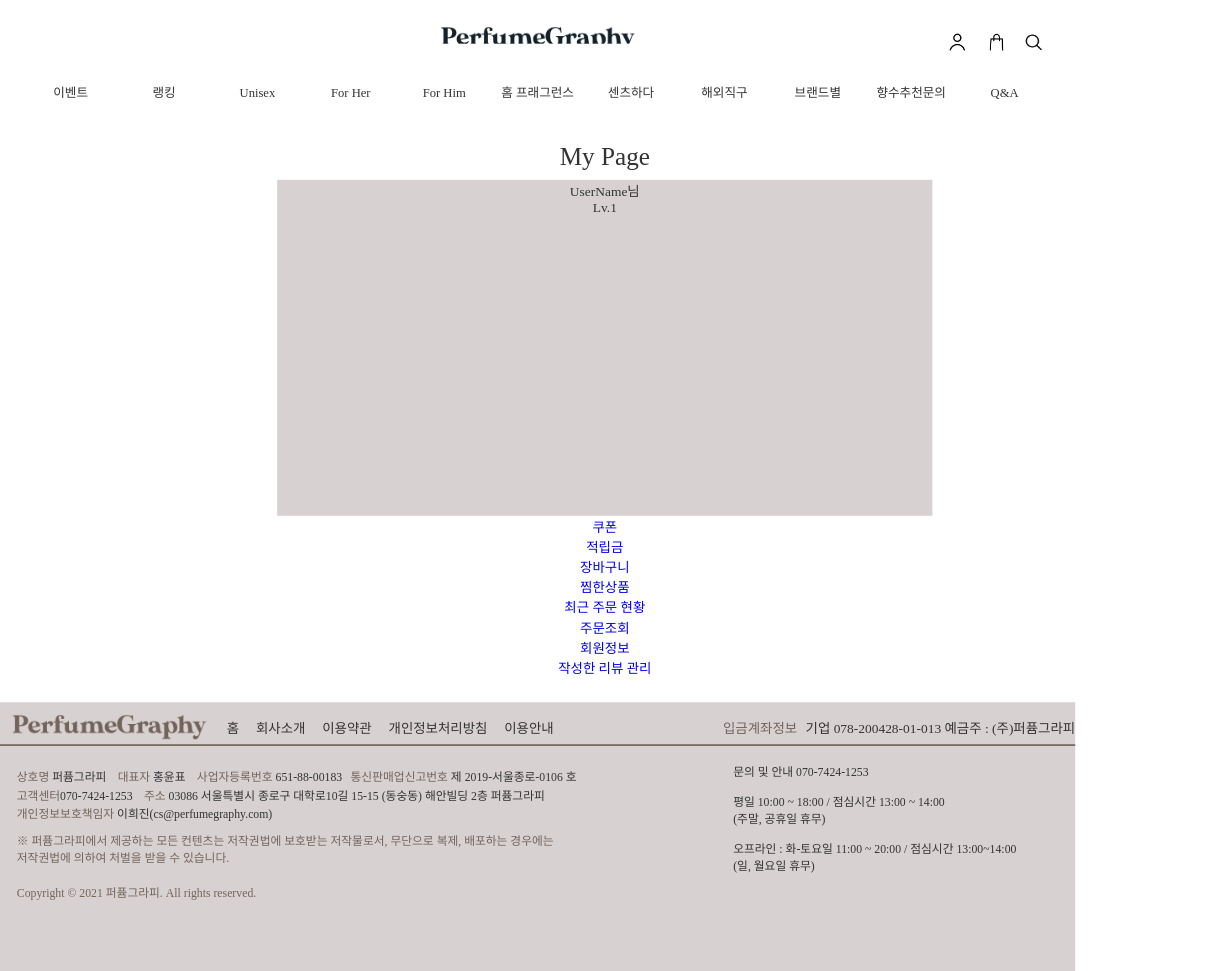
Repository: mingdue03/perfumegraphy
Page: myPage.html
An editor plug-in stored every save of this project. The page is shown before and after the next save, followed by the edit.
The browser window is 1280 px wide. The page is 1440 px wide, so the pictures cover 1440 px, including what lies to the right of the window. The pictures show the whole page, at 84% of full size.

Above is the page before, as saved 2021-08-26 15:02:29.

### myPage.html
<!DOCTYPE html>
<html lang="ko">
<head>
    <meta charset="UTF-8">
    <meta http-equiv="X-UA-Compatible" content="IE=edge">
    <meta name="viewport" content="width=device-width, initial-scale=1.0">
    <title>PerfumeGraphy</title>
    <link rel="stylesheet" href="css/basic.css">
    <link rel="stylesheet" href="css/mypage.css">
    <link href="https://fonts.googleapis.com/css2?family=Noto+Serif+KR&display=swap" rel="stylesheet">
    <script src="js/jquery-1.12.4.min.js"></script>
    <script src="js/jquery.slides.min.js"></script>
    <script src="js/jquery.stellar.js"></script>
    <script src="js/main_1.js"></script>
</head>
<body>
<div id="body_wrap">
    <header>
    <div id="header_wrap">
        <div class="header_top">
            <div class="logo">
                <h1><a href="index.html">PerfumeGraphy</a></h1>
            </div>
            <ul class="top_menu">
                <li class="user"><a href="login.html">마이페이지</a></li>
                <li class="cart"><a href="mypage.html">장바구니</a></li>
                <li class="search"><a href="#">검색</a></li>
                <li class="ham_btn"><a href="#">button</a></li>
            </ul>
        </div>
        <div class="search_pop">
            <div class="search_bg">
                <span></span>
                <ul>
                    <li><a href="#">#금주의 향수</a></li>
                    <li><a href="#">#럭셔리집들이선물</a></li>
                    <li><a href="#">#비누향수</a></li>
                </ul>
            </div>
        </div>
        <div class="header_b" >
            <ul class="gnb">
                <li>
                    <a href="#">이벤트</a>
                </li>
                <li class="hasSub">
                    <a href="lank.html">랭킹</a>
                    <ul class="sub_menu">
                        <li><a href="lank.html">전체 랭킹 </a></li>
                        <li><a href="lank.html">Unisex 랭킹</a></li>
                        <li><a href="lank.html">For her 랭킹</a></li>
                        <li><a href="lank.html">For him 랭킹</a></li>
                    </ul>
                </li>
                <li class="hasSub">
                    <a href="#">Unisex</a>
                    <ul class="sub_menu">
                        <li><a href="#">ALL</a></li>
                        <li><a href="#"> 시트러스 | 그린</a></li>
                        <li><a href="#">우디 | 베티버</a></li>
                        <li><a href="#">샌달우드 | 머스크</a></li>
                        <li><a href="#">스파이시 | 통카빈</a></li>
                    </ul>
                </li>
                <li class="hasSub">
                    <a href="#">For Her</a>
                    <ul class="sub_menu">
                        <li><a href="#">ALL</a></li>
                        <li><a href="#">시트러스 | 그린</a></li>
                        <li><a href="#">플로럴 | 화이트플로럴</a></li>
                        <li><a href="#">머스크 | 앰버</a></li>
                        <li><a href="#">스위트 | 바닐라</a></li>
                    </ul>
                </li>
                <li class="hasSub">
                    <a href="#">For Him</a>
                    <ul class="sub_menu">
                        <li><a href="#">ALL</a></li>
                        <li><a href="#">시트러스 | 그린</a></li>
                        <li><a href="#">우디 | 베티버</a></li>
                        <li><a href="#">웜스파이시 | 통카빈</a></li>
                        <li><a href="#">머스크 | 앰버</a></li>
                        <li><a href="#">라벤더 | 워터리</a></li>
                    </ul>
                </li>
                <li class="hasSub">
                    <a href="#">홈 프래그런스</a>
                    <ul class="sub_menu">
                        <li><a href="#">디퓨저 & 캔들</a></li>
                        <li><a href="#">바디 & 솝</a></li>
                    </ul>
                </li>
                <li><a href="#">센츠하다</a></li>
                <li>
                    <a href="#">해외직구</a>
                </li>
                <li><a href="#">브랜드별</a></li>
                <li><a href="#">향수추천문의</a></li>
                <li><a href="#">Q&A</a></li>
            </ul>
        </div>
        <div class="gnb_dim"></div>
    </div>
    </header>
    <!------------------------login-------------------------------->
    <main id="mypage">
        <div class="mypage_wrap">
            <h2>My Page</h2>
            <section class="name">
                <article>
                    <p><span>UserName</span>님</p>
                    <p class="level">Lv.1</p>
                </article>
            </section>
            <section class="coupon">
                <article>
                    <ul>
                        <li><a href="#">쿠폰</a></li>
                        <li><a href="#">적립금</a></li>
                        <li><a href="#">장바구니</a></li>
                        <li><a href="#">찜한상품</a></li>
                    </ul>
                </article>
            </section>
            <section class="order">
                <article>
                    <ul>
                        <li><a href="#">최근 주문 현황</a></li>
                        <li><a href="#">주문조회</a></li>
                        <li><a href="#">회원정보</a></li>
                        <li><a href="#">작성한 리뷰 관리</a></li>
                    </ul>

                </article>
            </section>

        </div>
    </main>
    <footer>
        <div id="footer_in">
            <div class="footer_top">
                <h2>PerfumeGraphy</h2>
                <ul class="m_hidden">
                    <li><a href="javasctipt:;">홈</a></li>
                    <li><a href="javasctipt">회사소개</a></li>
                    <li><a href="javasctipt">이용약관</a></li>
                    <li><a href="javasctipt">개인정보처리방침</a></li>
                    <li><a href="javasctipt">이용안내</a></li>
                </ul>
                <p><span>입금계좌정보</span> 기업 078-200428-01-013 예금주 : (주)퍼퓸그라피</p>
            </div>
        </div>
        <div class="footer_bottom">
            <section class="left">
                <ul class="pc_hidden">
                    <li><a href="javasctipt:;">홈</a></li>
                    <li><a href="javasctipt">회사소개</a></li>
                    <li><a href="javasctipt">이용약관</a></li>
                    <li><a href="javasctipt">개인정보처리방침</a></li>
                    <li><a href="javasctipt">이용안내</a></li>
                </ul>
                <p class="margin">
                    <p><span>상호명</span>  퍼퓸그라피</p> <p><span>대표자</span> 홍윤표</p>	 <p><span>사업자등록번호</span> 651-88-00183</p><p> <span >통신판매업신고번호</span>  제 2019-서울종로-0106 호<br></p>
                </p>
                <p class="pc_hidden">
                    <span>고객센터</span>070-7424-1253
                </p>
                <p>
                    <span> 주소</span> 03086 서울특별시 종로구 대학로10길 15-15 (동숭동) 해안빌딩 2층 퍼퓸그라피
                </p>
                <p ><span>개인정보보호책임자</span> 	 이희진(cs@perfumegraphy.com) </p>
                <p class="margin"><span class="m_hidden"> ※ 퍼퓸그라피에서 제공하는 모든 컨텐츠는 저작권법에 보호받는 저작물로서, 무단으로 복제, 배포하는 경우에는<br><span></span> 저작권법에 의하여
                처벌을 받을 수 있습니다.</span></p>
                <p class="margin"><span class="m_hidden"> Copyright © 2021 퍼퓸그라피. All rights reserved.</span></p>
            </section>
            <section class="right m_hidden">
                <p>문의 및 안내   070-7424-1253<br>
                    <br>
                    평일 10:00 ~ 18:00 / 점심시간 13:00 ~ 14:00<br>
                    (주말, 공휴일 휴무)<br>
                    <br>
                    오프라인 : 화-토요일 11:00 ~ 20:00 / 점심시간 13:00~14:00<br>
                     (일, 월요일 휴무)</p>
            </section>
        </div>
    </footer>
</div>
</body>
</html>

### css/mypage.css
@charset "UTF-8";

#mypage{}
.mypage_wrap{
  width:1440px;
  margin:30px auto;
  text-align:center;
}
.mypage_wrap h2{
  font-size:30px;
  margin:10px 0;
}
.name {
  width:780px;
  margin:auto;
}
.name article{
  width:100%;
  height:400px;
  background:#D7D1D1;
}









@media (max-width:1440px){
  .login_wrap{
    width:100%;
  }
}

@media (max-width:450px){
  .login_wrap{
    max-width:450px;
  }
}

Loaded but not shown: js/jquery-1.12.4.min.js (library); js/jquery.slides.min.js (library); js/jquery.stellar.js (library); js/main_1.js (215 lines, source omitted); css/basic.css (877 lines, source omitted)

After the next save:
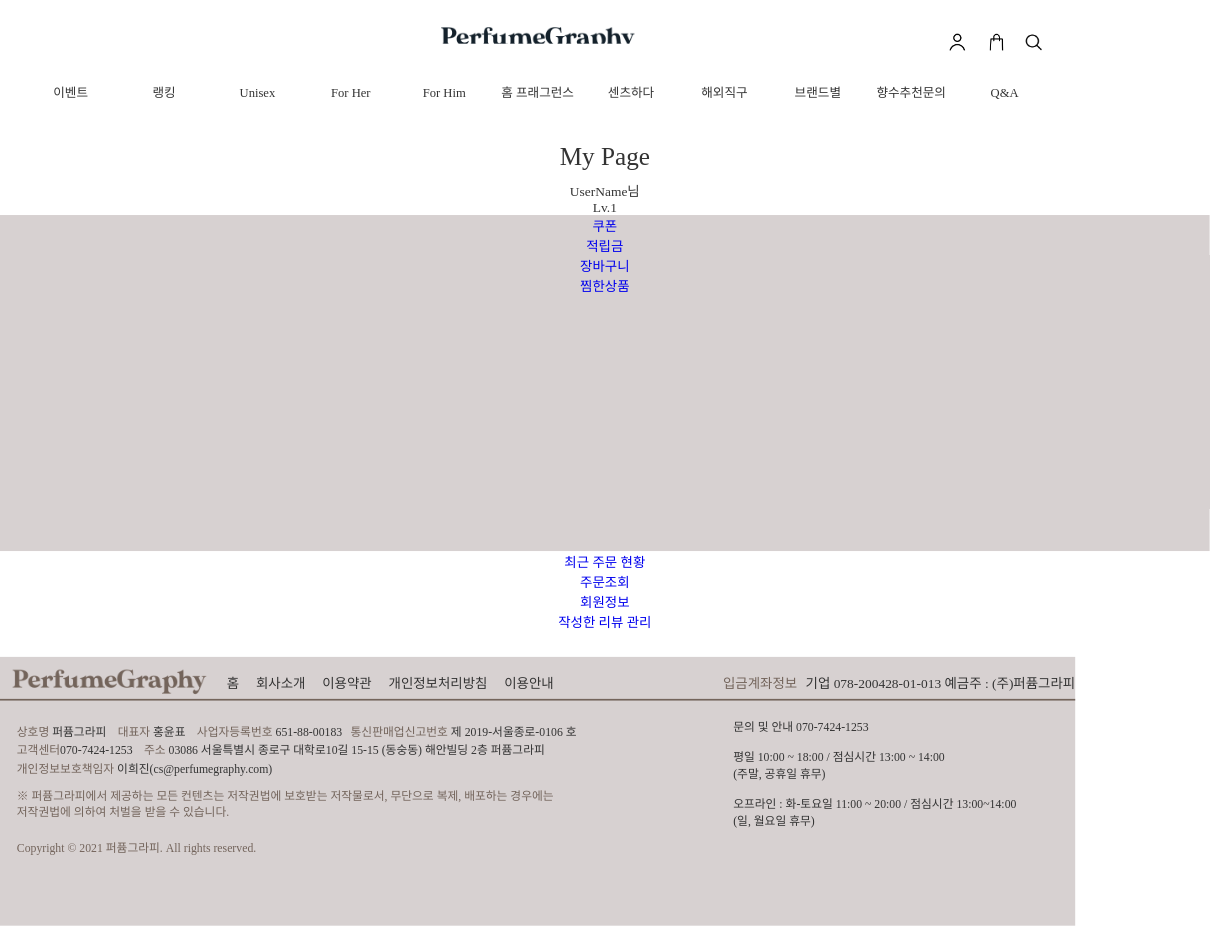
Saved 12 s later.
--- a/css/mypage.css
+++ b/css/mypage.css
@@ -14,7 +14,7 @@
   width:780px;
   margin:auto;
 }
-.name article{
+.coupon article{
   width:100%;
   height:400px;
   background:#D7D1D1;
